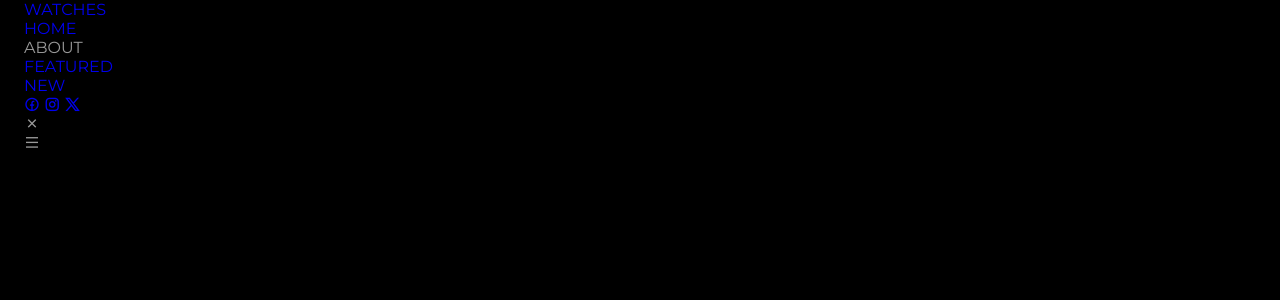
Repository: dinhhaidh/Responsive-wacthes-slider
Page: index.html
An editor plug-in stored every save of this project. The page is shown before and after a run of saves, followed by the edit.
The browser window is 1280 px wide. The pictures show the whole page.

Above is the page before, as saved 2024-03-05 18:11:37.

### index.html
<!DOCTYPE html>
<html lang="en">
<head>
    <meta charset="UTF-8">
    <meta name="viewport" content="width=device-width, initial-scale=1.0">

    <!--=============== FAVICON ===============-->
    <link rel="shortcut icon" href="assets/img/favicon.png" type="image/x-icon">

    <!--=============== REMIXICONS ===============-->
    <link rel="stylesheet" href="https://cdnjs.cloudflare.com/ajax/libs/remixicon/3.5.0/remixicon.css">

    <!--=============== SWIPER CSS ===============-->
    <link rel="stylesheet" href="./css/swiper-bundle.min.css">

    <!--=============== CSS ===============-->
    <link rel="stylesheet" href="./css/style.css">

    <title>Responsive wacthes website</title>
</head>
<body>
    <!--==================== HEADER ====================-->
    <header class="header" id="header">
        <nav class="nav container">
            <a href="#" class="nav__logo">WATCHES</a>

            <div class="nav__menu" id="nav-menu">
                <ul class="nav__list">
                    <li class="nav__item">
                        <a href="#" class="nav__link">HOME</a>
                    </li>
                    <li class="nav__item">
                        <a href="#" class="nav__link"></a>ABOUT</a>
                    </li>
                    <li class="nav__item">
                        <a href="#" class="nav__link">FEATURED</a>
                    </li>
                    <li class="nav__item">
                        <a href="#" class="nav__link">NEW</a>
                    </li>
                </ul>
                <div class="nav__social">
                    <a href="https://www.facebook.com" target="_blank" class="nav__social-link">
                        <i class="ri-facebook-circle-line"></i>
                    </a>
                    <a href="https://www.instagram.com" target="_blank" class="nav__social-link">
                        <i class="ri-instagram-line"></i>
                    </a>
                    <a href="https://www.twitter.com" target="_blank" class="nav__social-link">
                        <i class="ri-twitter-x-line"></i>
                    </a>
                </div>

                <!-- close button -->
                <div class="nav__close" id="nav-close">
                    <i class="ri-close-line"></i>
                </div>
            </div>

            <!-- Toggle button -->
            <div class="nav__toggle" id="nav-toggle">
                <i class="ri-menu-line"></i>
            </div>
        </nav>
    </header>

    <!--==================== MAIN ====================-->
    <main class="main">
        <!--==================== HOME ====================-->
        <section class="home">

        </section>
    </main>

    <!--=============== GSAP ===============-->
    <script src="./js/gsap.min.js"></script>

    <!--=============== SWIPER JS ===============-->
    <script src="./js/scrollreveal.min.js"></script>

    <script src="https://code.jquery.com/jquery-3.7.1.slim.min.js"></script>

    <!--=============== MAIN JS ===============-->
    <script src="./js/main.js"></script>
</body>
</html>

### css/style.css
/*=============== GOOGLE FONTS ===============*/
@import url("https://fonts.googleapis.com/css2?family=Montserrat:wght@400;600;700&display=swap");

/*=============== VARIABLES CSS ===============*/
:root {
    --header-height: 3.5rem;

    /*========== Colors ==========*/
    /*Color mode HSL(hue, saturation, lightness)*/
    --title-color: hsl(0, 0%, 100%);
    --text-color: hsl(0, 0%, 60%);
    --body-color: hsl(0, 0%, 0%);

    /*========== Font and typography ==========*/
    /*.5rem = 8px | 1rem = 16px ...*/
    --body-font: "Montserrat", sans-serif;
    --h1-font-size: 1.5rem;
    --h3-font-size: 1rem;
    --normal-font-size: .938rem;
    --small-font-size: .813rem;

    /*========== Font weight ==========*/
    --font-regular: 400;
    --font-semi-bold: 600;
    --font-bold: 700;

    /*========== z index ==========*/
    --z-tooltip: 10;
    --z-fixed: 100;
    }

/*========== Responsive typography ==========*/
@media screen and (min-width: 1152px) {
    :root {
        --h1-font-size: 2.25rem;
        --h3-font-size: 1.25rem;
        --normal-font-size: 1rem;
        --small-font-size: .875rem;
    }
}

/*=============== BASE ===============*/
* {
    box-sizing: border-box;
    padding: 0;
    margin: 0;
}

body {
    font-family: var(--body-font);
    font-size: var(--normal-font-size);
    background-color: var(--body-color);
    color: var(--text-color);
}

ul {
    list-style: none;
}

a {
    text-decoration: none;
}

img {
    display: block;
    max-width: 100%;
    height: auto;
}

/*=============== REUSABLE CSS CLASSES ===============*/
.container {
    max-width: 1120px;
    margin-inline: 1.5rem;
}

.main {
    overflow: hidden;
}

/*=============== HEADER & NAV ===============*/
.header{
    position: fixed;
    width: 100%;
    height: 100%;

}

/* Navigation for mobile devices */


/* Show menu */


/*=============== HOME ===============*/


/* Swiper class */


/*=============== SCROLL BAR ===============*/


/*=============== BREAKPOINTS ===============*/
/* For small devices */


/* For medium devices */


/* For large devices */


/* For taller devices */

Loaded but not shown: css/swiper-bundle.min.css (library); js/gsap.min.js (library); js/scrollreveal.min.js (library); js/main.js (no copy from this time; the picture is the same without it)

After the next 5 saves:
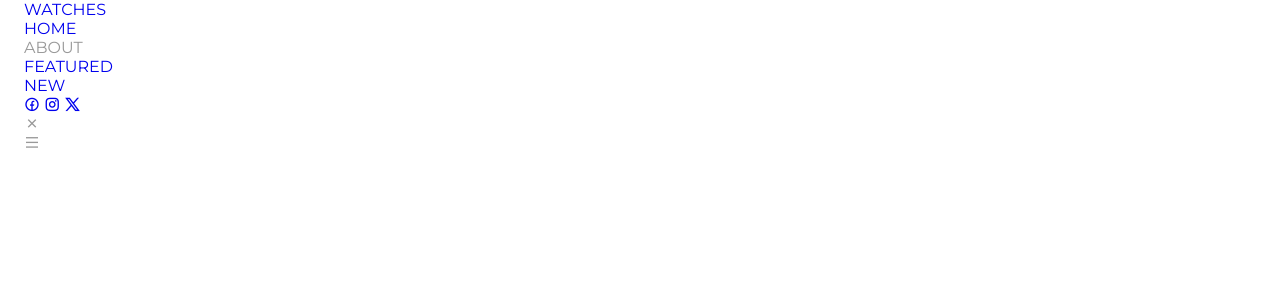
The 5 saves are shown as one change because they came seconds apart.
The last was saved 20 s later.
--- a/css/style.css
+++ b/css/style.css
@@ -82,7 +82,9 @@
     position: fixed;
     width: 100%;
     height: 100%;
-
+    top: 0;
+    left: 0;
+    background-color: #fff;
 }
 
 /* Navigation for mobile devices */

After the save that followed:
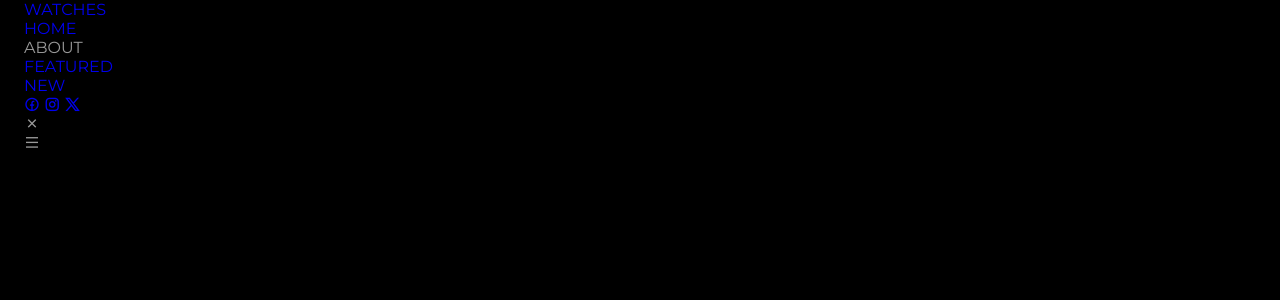
Saved 8 s later.
--- a/css/style.css
+++ b/css/style.css
@@ -84,7 +84,7 @@
     height: 100%;
     top: 0;
     left: 0;
-    background-color: #fff;
+    background-color: transparent;
 }
 
 /* Navigation for mobile devices */
